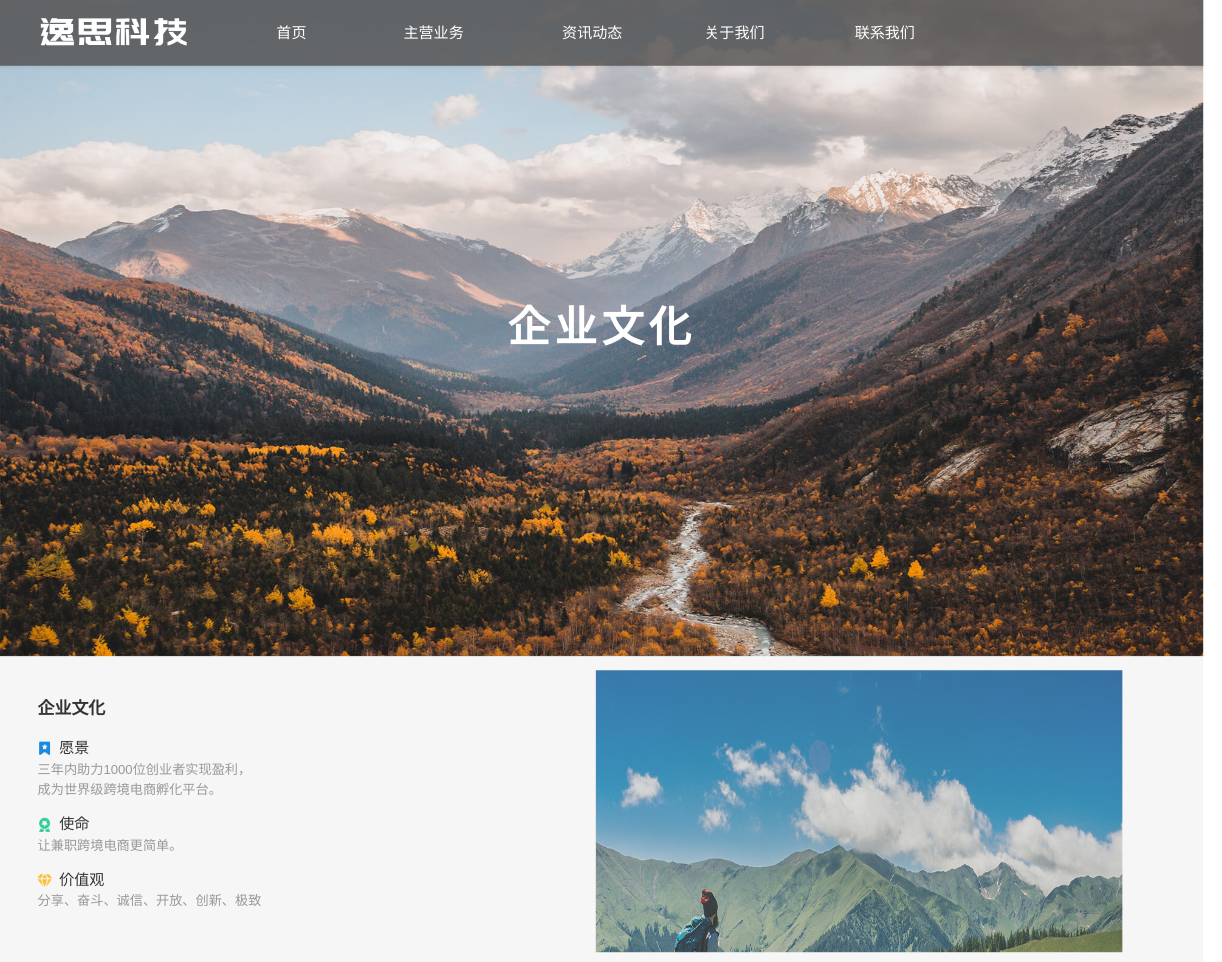
Repository: masterzhang/ztn
Page: brief3.html
An editor plug-in stored every save of this project. The page is shown before and after the next save, followed by the edit.
The browser window is 1280 px wide. The page is 1300 px wide, so the pictures cover 1300 px, including what lies to the right of the window. The pictures show the part of the page from y = 0 to 1023 px (the page is 1917 px tall before and 1897 px after), at 94% of full size.
Pictures or frames that could not be fetched are drawn as grey boxes.

Above is the page before, as saved 2021-11-25 15:47:13.
Console error: TypeError: Cannot read properties of undefined (reading 'top')

After the next save:
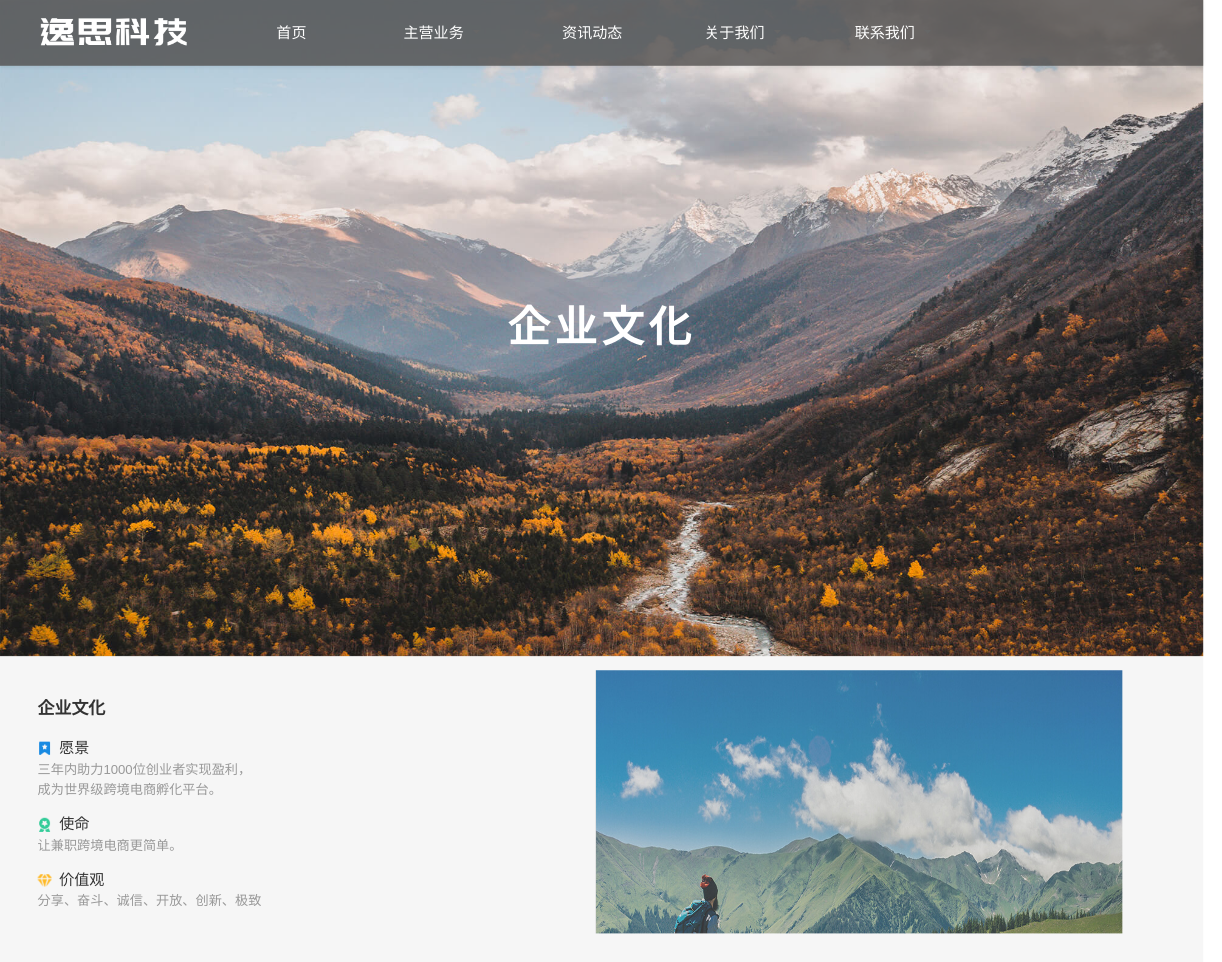
Saved 5 s later.
--- a/brief3.html
+++ b/brief3.html
@@ -81,7 +81,7 @@
         </div>
         <div class="pagemian_swiper_right" style="display: block;">
           <div class="runbobox">
-            <img src="/self/images2/企业文化逸思奋斗者.jpg" width="560" height="300" />
+            <img src="/self/images2/企业文化逸思奋斗者.jpg" width="560" height="280" />
           </div>
         </div>
       </div>
